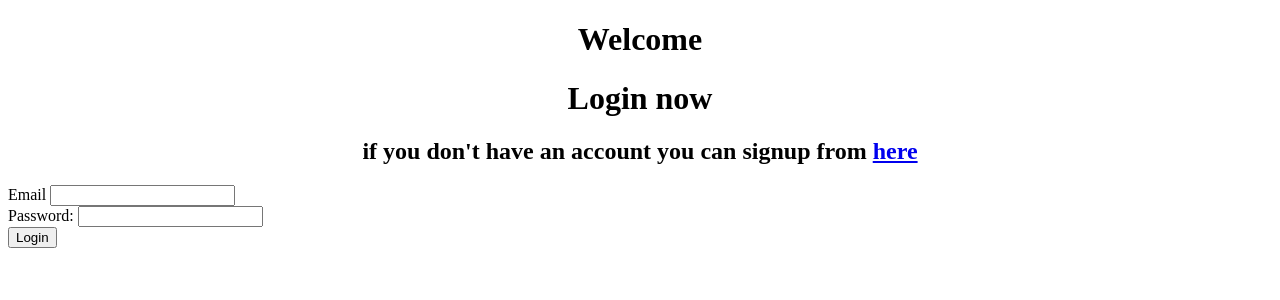
Repository: Mohammed7852/eclipse_Materials
Page: http://localhost/FCISquareApp/WEB-INF/jsp/Login.jsp
These files come from the project's save history. The page is drawn as it stood at one moment and after the next save; the edit follows.
The browser window is 1280 px wide. The pictures show the whole page.
The page is served by Tomcat 9. Nobody is signed in. The template is opened directly, without the code that normally fills it, so the values that code supplies are empty.

Above is the page before, as saved 2016-03-26 17:16:57.

After the next save:
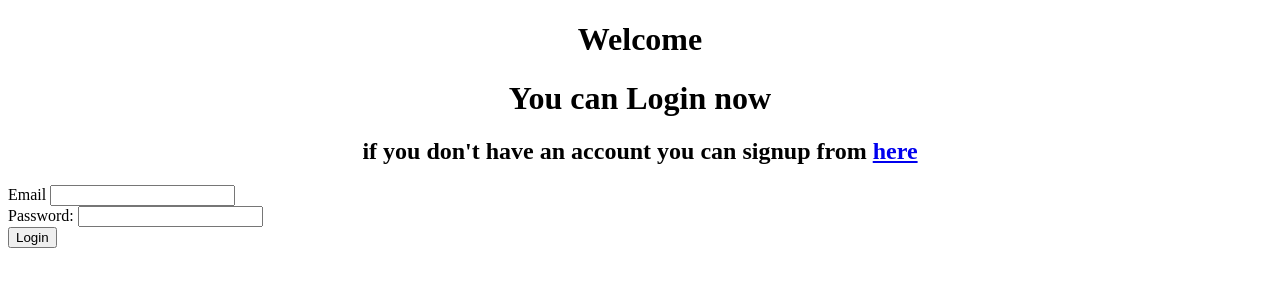
Saved 11 s later.
--- a/eclips/FCISquareApp/WebContent/WEB-INF/jsp/Login.jsp
+++ b/eclips/FCISquareApp/WebContent/WEB-INF/jsp/Login.jsp
@@ -12,7 +12,7 @@
 <body>
 	<center>
 		<h1>Welcome</h1>
-		<h1>Login now</h1>
+		<h1>You can Login now</h1>
 		<h2>
 			if you don't have an account you can signup from <a
 				href="/FCISquareApp/app/signUp">here</a>
